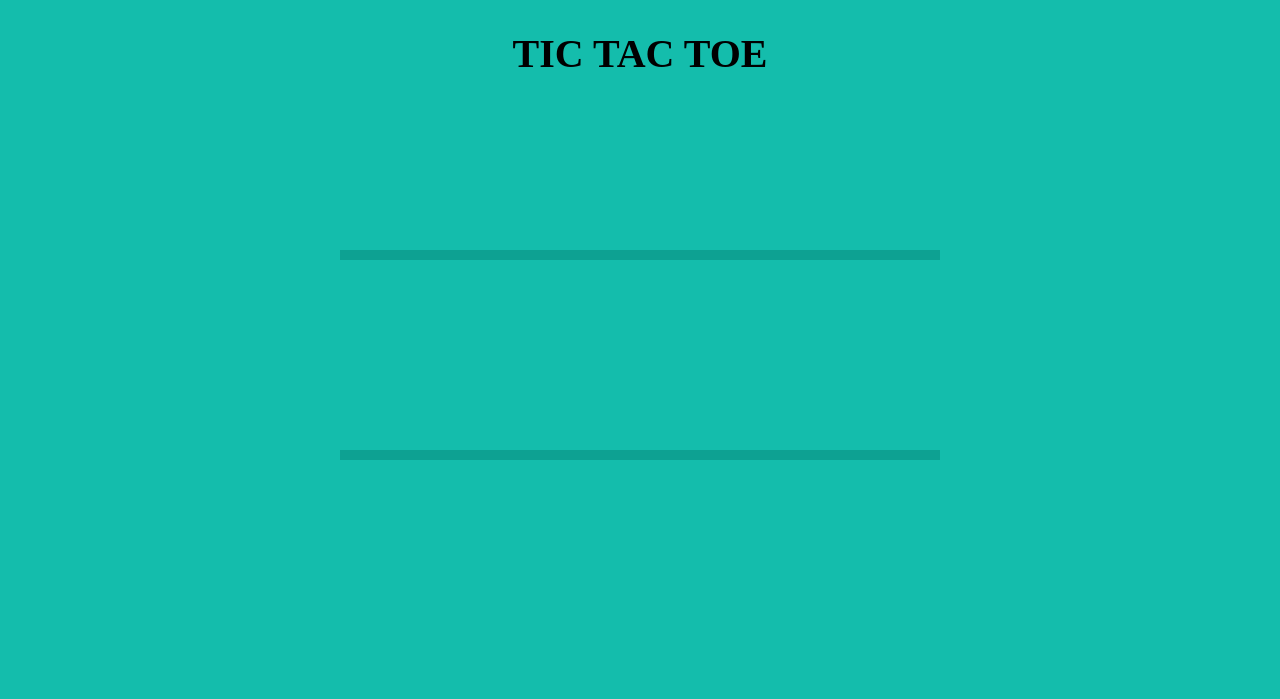
Repository: baumanmilosz/tictactoe
Page: index.html
The author's editor kept a copy of each file at every save. The page is drawn from the files as they stood at one save, then again after the next save.
The browser window is 1280 px wide. The pictures show the whole page.

Above is the page before, as saved 2019-02-24 18:30:55.

### index.html
<!DOCTYPE html>
<html lang="en">

<head>
  <meta charset="UTF-8">
  <meta name="viewport" content="width=device-width, initial-scale=1.0">
  <meta http-equiv="X-UA-Compatible" content="ie=edge">
  <link rel="stylesheet" href="./style.css">
  <title>Tic Tac Toe</title>
</head>

<body>
  <header class="game-header">
    <h1 class="game-title">Tic Tac Toe</h1>
    <h2 class="winner"></h2>
  </header>
  <div class="board">
    <div class="box horizontal-border vertical-border" data-row="0" data-col="0"></div>
    <div class="box horizontal-border vertical-border" data-row="0" data-col="1"></div>
    <div class="box horizontal-border" data-row="0" data-col="2"></div>
    <div class="box horizontal-border vertical-border" data-row="1" data-col="0"></div>
    <div class="box horizontal-border vertical-border" data-row="1" data-col="1"></div>
    <div class="box horizontal-border" data-row="1" data-col="2"></div>
    <div class="box vertical-border" data-row="2" data-col="0"></div>
    <div class="box vertical-border" data-row="2" data-col="1"></div>
    <div class="box" data-row="2" data-col="2"></div>
  </div>

  <script src="./script.js"></script>
</body>

</html>

### style.css
* {
  margin: 0;
  padding: 0;
  box-sizing: border-box;
}

html {
  font-size: 10px;
}

body {
  position: relative;
  height: 100vh;
  background-color: #14BDAC;
}

.game-header {
  padding: 3rem 0;
  text-align: center;
}

.game-header .game-title {
  font-size: 4rem;
  text-transform: uppercase;
}

.game-header .winner {
  display: none;
}

.board {
  display: flex;
  flex-wrap: wrap;
  justify-content: center;
  align-items: center;
  position: absolute;
  left: 50%;
  top: 50%;
  transform: translate(-50%, -50%);
  width: 50vw;
  height: 50vw;
  max-width: 600px;
  max-height: 600px;
}

.box {
  width: 33.3%;
  height: 33.3%;
  display: flex;
  cursor: pointer;
  /* border: 5px solid #0DA192; */
}

.box {
  position: relative;
}

.box.horizontal-border {
border-bottom: 10px solid #0DA192;
}

.box.circle::before, .box.cross::after {
  position: absolute;
  left: 50%;
  top: 50%;
  transform: translate(-50%,-50%);
  font-size: 40px;
}

.box.circle:before{
  content: 'O';
  color: #F2EBD3;
}

.box.cross::after{
  content: 'X';
  color: #545454;
}

### script.js
var boxes = document.querySelectorAll('.box');
const player1 = 'circle';
const player2 = 'cross';
let oddRound = true;

const board = [
  ['', '', ''],
  ['', '', ''],
  ['', '', '']
]

const winCombinations = [
  [0, 1, 2], [3, 4, 5], [6, 7, 8],
  [0, 3, 6], [1, 4, 7], [2, 5, 8],
  [0, 4, 8], [2, 4, 6]
]

function turn() {
  const { row, col } = this.dataset;

  if (this.classList.contains(player1) || this.classList.contains(player2)) return;
  const turn = oddRound ? player1 : player2;
  this.classList.add(turn);
  board[row][col] = turn;
  oddRound = !oddRound;

  check();
}

function check() {

  const result = board.reduce((total, row) => total.concat(row));

  let moves = {
    'circle': [],
    'cross': []
  };

  result.forEach((box, index) => moves[box] ? moves[box].push(index) : null);

  winCombinations.forEach(combination => {
    if (combination.every(index => moves[player1].indexOf(index) > -1)) {
      showWinner(player1);
    }
    if (winCombination.every(index => moves[player2].indexOf(index) > -1)) {
      showWinner(player2);
    }
  })
}

function showWinner(winPlayer) {
  const whoWinner = document.querySelector('.winner');

  whoWinner.style.display = 'block';
  whoWinner.textContent = `Winner: ${winPlayer} !`;
  boxes.forEach(box => box.removeEventListener('click', turn));
  setTimeout(() => window.location.reload(), 4000);
}

boxes.forEach(box => box.addEventListener('click', turn));

After the next save:
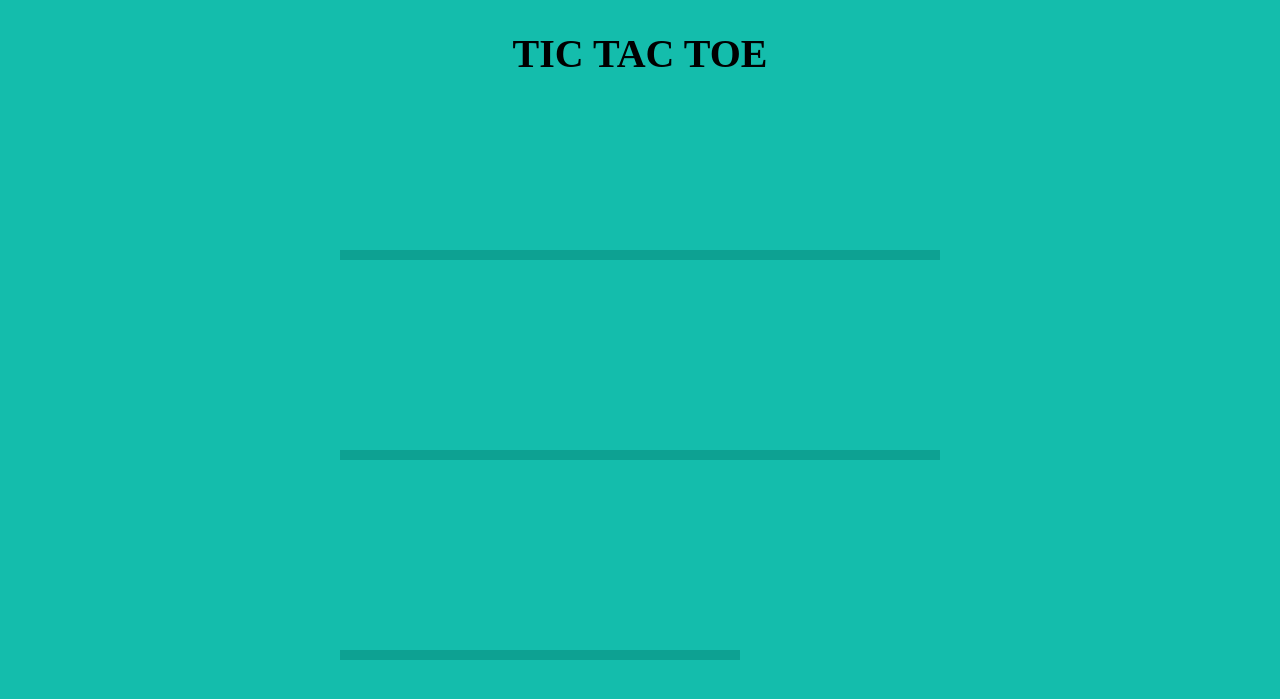
Saved 24 s later.
--- a/style.css
+++ b/style.css
@@ -59,6 +59,10 @@ body {
 border-bottom: 10px solid #0DA192;
 }
 
+.box.vertical-border {
+border-bottom: 10px solid #0DA192;
+}
+
 .box.circle::before, .box.cross::after {
   position: absolute;
   left: 50%;
